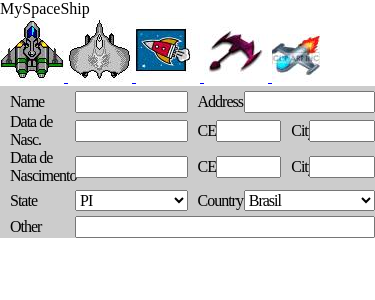
Repository: eudesf/MySpaceShip
Page: MySpaceShip/WebContent/index.html
These files come from the project's save history. The page is drawn as it stood at one moment and after the next save; the edit follows.
The browser window is 375 px wide. The pictures show the whole page.

Above is the page before, as saved 2012-03-19 14:24:36.

After the next save:
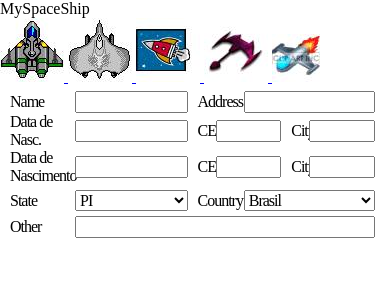
Saved 5 s later.
--- a/MySpaceShip/WebContent/css/mainlayout.css
+++ b/MySpaceShip/WebContent/css/mainlayout.css
@@ -45,7 +45,4 @@ html{color:#000;background:#FFF;}body,div,dl,dt,dd,ul,ol,li,h1,h2,h3,h4,h5,h6,pr
 }
 
 @media screen and (max-width: 500px) {
-  article {
-    background: #ccc;
-  }
 }
